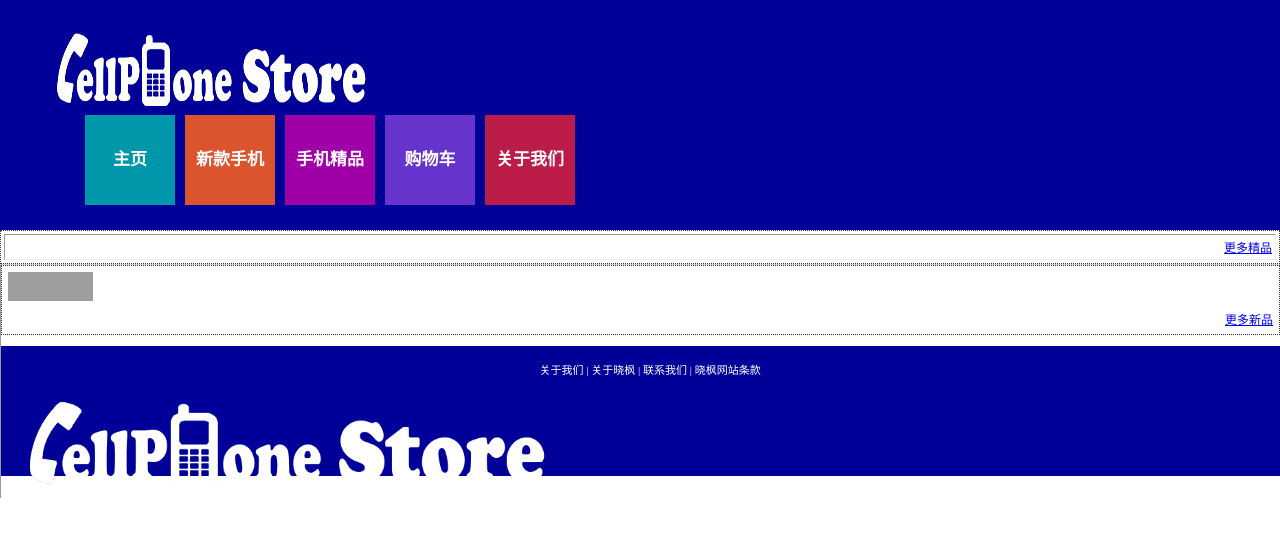
Repository: Jefsky/phonemarket
Page: http://localhost/phonemarket/user/index.jsp
These files come from the project's save history. The page is drawn as it stood at one moment and after the next save; the edit follows.
The browser window is 1280 px wide. The pictures show the whole page.
Pictures or frames that could not be fetched are drawn as grey boxes. The page is served by Tomcat 9. Other server files are loaded and not shown. Queries for data that is not in the repository find no rows.

Above is the page before, as saved 2014-06-25 17:04:45.

### phonemarket/phonemarket/WebContent/user/index.jsp
<%@ page language="java" contentType="text/html; charset=UTF-8"
    pageEncoding="UTF-8"%>
    <%@ page import="cn.huateng.dao.impl.PhoneInfoDAOImpl,cn.huateng.bean.Phone,java.util.ArrayList,cn.huateng.bean.Company,cn.huateng.dao.impl.CompanyDAOImpl" %>
<!DOCTYPE html PUBLIC "-//W3C//DTD HTML 4.01 Transitional//EN" "http://www.w3.org/TR/html4/loose.dtd">
<html>
<head>
<meta http-equiv="Content-Type" content="text/html; charset=UTF-8">
<link rel="stylesheet" type="text/css" href="../css/main.css">
<title>化腾晓枫手机商城官网</title>
</head>
<body>
<%
	String op = request.getParameter("op");
	if("exit".equals(op)){
		session.removeAttribute("userid");
	}
	String error = request.getParameter("error");
	if(error!=null&&"queryUP_er".equals(error)){
%>
	<script type="text/javascript">
		alert("用户名或者密码错误");
	</script>
<%
	}
	if(error!=null&&"pwedit_error".equals(error)){
%>
	<script type="text/javascript">
		alert("用户密码修改失败");
	</script>
<%
	}
	if(error!=null&&"userInfoEdit_error".equals(error)){
%>
	<script type="text/javascript">
		alert("用户个人信息修改失败");
	</script>
<%
	}
%>

<div >
					<jsp:include page="top.jsp" />
</div>
<table width="100%" border="5" cellspacing="3" cellpadding="3" class="td">

	<%
		PhoneInfoDAOImpl phoneInfoDAOImpl = new PhoneInfoDAOImpl();
		ArrayList<Phone> ls_ephone = phoneInfoDAOImpl.queryPhoneByType(1);
		if(ls_ephone!=null){
			for(int i=0; i<(ls_ephone.size()>4?4:ls_ephone.size()); ){
	%>
								<tr>
	<%
		int count = 2;
		while(count>0){
			if(i<ls_ephone.size()){
				Phone phone = ls_ephone.get(i);
				i++;
	%>
	<table width="100%" border="0" cellpadding="0" cellspacing="0"
										class="td">
											<tr>
												<td  width="30%" rowspan="5">
													<a href="phonedetail.jsp?phoneid=<%=phone.getPhoneid()%>">
													<img src="../image/<%=phone.getPicture() %>" width="236"
													height="323" border="0"></a>
												</td>

												<td width="80"><div align="left">型号</div></td>
												<td ><%=phone.getPhonename() %></td>
											</tr>
											<tr>
												<td width="80"><div align="left">平台</div></td>
												<td ><%=phone.getPlatform() %></td>
											</tr>
											<tr>
												<td><div align="left">公司</div></td>
<%
	CompanyDAOImpl companyDAOImpl =new CompanyDAOImpl();
	Company company = companyDAOImpl.cQueryById(phone.getCompanyid());
	if(company!=null){
%>
												<td width="80"><%=company.getName() %></td>
<%
	}
%>
											</tr>
											<tr>
												<td width="80"><div align="left">屏幕</div></td>
												<td ><%=phone.getDisplay() %>英寸</td>
											</tr>
											<tr>
												<td width="80"><div align="left">定价</div></td>
												<td><%=phone.getPrice() %>元</td>
											</tr>
											<tr>
												<td colspan="2"><div align="center" float="right">
													<a href="/206hwj_phoneshop/AddtoCartServlet?phoneid=<%=phone.getPhoneid()%>">放入购物车</a>&nbsp;&nbsp;
													<a href="phonedetail.jsp?phoneid=<%=phone.getPhoneid() %>">查看详情</a>
												</div></td>
											</tr>
										</table>
									</td>

<%
			}else{
%>
						<td width="50%"></td>
<%
			}
		count--;
		}
%>
				</tr>
<%
			}
		}
%>
					<tr>
						<td colspan="2"><div align="right"><a href="excellent.jsp">更多精品</a>
						</div></td>
					</tr>
		    				</table>
		    			</td>
		    			<td width="1" bgcolor="#999999"></td>
		    		</tr>
		    		<tr bgcolor="#999999"><td height="1" colspan="3" nowrap></td>
		    		</tr>
		    	</table>
		    	<table width="100%" border="0" cellspacing="0" cellpadding="0">
			    		<tr>
		    			<td height="1" nowrap bgcolor="#CCCCCC"></td>
		    		</tr>
		    	</table>
		    	<table width="100%" border="0" cellspacing="0" cellpadding="0">
		    		<tr bgcolor="#999999"></tr>
		    		<tr>
		    			<td width="1" nowrap bgcolor="#999999"></td>
		    			<td>
		    				<table width="100%" border="0" cellspacing="3" cellpadding="3" class="td">
		    					<tr>
		    						<td colspan="2"><div align="left"><img src="../images/lanmu_r2.jpg"
		    						width="85" height="29"></div></td>
		    					</tr>
	<%
		PhoneInfoDAOImpl phoneInfoDAOImpl2 = new PhoneInfoDAOImpl();
		ArrayList<Phone> ls_ephone2 = phoneInfoDAOImpl2.queryPhoneByType(2);
		if(ls_ephone!=null){
			for(int i=0; i<(ls_ephone2.size()>4?4:ls_ephone2.size()); ){
	%>
								<tr>
	<%
		int count = 2;
		while(count>0){
			if(i<ls_ephone2.size()){
				Phone phone2 = ls_ephone2.get(i);
				i++;
	%>

									<td width="50%">
										<table width="100%" border="0" cellpadding="0" cellspacing="0"
										class="td">
											<tr>
												<td width="30%" rowspan="5">
													<a href="phonedetail.jsp?phoneid=<%=phone2.getPhoneid()%>">
													<img src="../image/<%=phone2.getPicture() %>" width="236"
													height="323" border="0"></a>
												</td>
												<td width="25%"><div align="left">型号</div></td>
												<td><%=phone2.getPhonename() %></td>
											</tr>
											<tr>
												<td width="25%"><div align="left">平台</div></td>
												<td><%=phone2.getPlatform() %></td>
											</tr>
											<tr>
												<td width="25%"><div align="left">公司</div></td>
<%
	CompanyDAOImpl companyDAOImpl2 =new CompanyDAOImpl();
	Company company2 = companyDAOImpl2.cQueryById(phone2.getCompanyid());
	if(company2!=null){
%>
												<td><%=company2.getName() %></td>
<%
	}
%>
											</tr>
											<tr>
												<td width="25%"><div align="left">屏幕</div></td>
												<td><%=phone2.getDisplay() %>英寸</td>
											</tr>
											<tr>
												<td width="25%"><div align="left">定价</div></td>
												<td><%=phone2.getPrice() %>元</td>
											</tr>
											<tr>
												<td colspan="2"><div align="center">
													<a href="/206hwj_phoneshop/AddtoCartServlet?phoneid=<%=phone2.getPhoneid()%>">放入购物车</a>&nbsp;&nbsp;
													<a href="phonedetail.jsp?phoneid=<%=phone2.getPhoneid() %>">查看详情</a>
												</div></td>
											</tr>
										</table>
									</td>

<%
			}else{
%>
						<td width="50%"></td>
<%
			}
		count--;
		}
%>
				</tr>
<%
			}
		}
%>
					<tr>
						<td colspan="2"><div align="right"><a href="excellent.jsp">更多新品</a>
						</div></td>
					</tr>
		    				</table>





<div>
					<jsp:include page="bottom.jsp" />
</div>
</body>
</html>

### phonemarket/phonemarket/WebContent/user/top.jsp
<%@ page language="java" contentType="text/html; charset=UTF-8"
    pageEncoding="UTF-8"%>
<!DOCTYPE html PUBLIC "-//W3C//DTD HTML 4.01 Transitional//EN" "http://www.w3.org/TR/html4/loose.dtd">
<html>
<head>
<meta http-equiv="Content-Type" content="text/html; charset=UTF-8">
<title>Cellphone Store</title>
<link rel="stylesheet" type="text/css" href="../css/top.css"/>
</head>
<body>
<div class = "navigation">
	<div id="logo">
		<span><img src="../image/logo.png" width="350" height="85"></span>
	</div>
	<ul id="color">
		<li class = "color1"><a href = "index.html">主页</a></li>
		<li><a>新款手机</a></li>
		<li class = "color2"><a>手机精品</a></li>
		<li class = "color3"><a href = "#">购物车</a></li>
		<li class = "color4"><a href = "#">关于我们</a></li>
	</ul>
</div>
</body>
</html>

### phonemarket/phonemarket/WebContent/user/bottom.jsp
<%@ page language="java" contentType="text/html; charset=GB18030"
    pageEncoding="GB18030"%>
<!DOCTYPE html PUBLIC "-//W3C//DTD HTML 4.01 Transitional//EN" "http://www.w3.org/TR/html4/loose.dtd">
<html>
<head>
<link rel="stylesheet" type="text/css" href="../css/bottom.css">
<meta http-equiv="Content-Type" content="text/html; charset=ISO-8859-1">
<title>bottom</title>
</head>
<body>
<div class="foot">

 <p>&nbsp&nbsp&nbsp&nbsp&nbsp&nbsp 关于我们 | 关于晓枫 | 联系我们 | 晓枫网站条款</p>
<div id="logo">
		<span><img src="../image/logo.png" width="584" height="100px"></span>
	</div>
</div>
</body>
</html>

### phonemarket/phonemarket/src/cn/huateng/dao/impl/PhoneInfoDAOImpl.java
package cn.huateng.dao.impl;

	import java.sql.Connection;
import java.sql.PreparedStatement;
import java.sql.ResultSet;
import java.sql.SQLException;
import java.util.ArrayList;



import cn.huateng.bean.Phone;
import cn.huateng.dbc.DBConnection;

	public class PhoneInfoDAOImpl {
		public int insertPhone(Phone phone){
			int line=0;
			Connection conn=null;
			PreparedStatement ppsm=null;
			DBConnection dbconn=new DBConnection();
			if(dbconn!=null){
				conn=dbconn.getConn();
				if(conn!=null){
					String sql="insert into phone(phoneid,phonename,platform,weight,display,camera,ram,massmenory,companyid,price,quantity,picture,type) values(?,?,?,?,?,?,?,?,?,?,?,?,?)";
					try{
						ppsm =conn.prepareStatement(sql);
						ppsm.setString(1,phone.getPhoneid());
						ppsm.setString(2,phone.getPhonename());
						ppsm.setString(3,phone.getPlatform());
						ppsm.setString(4,phone.getWeight());
						ppsm.setString(5,phone.getDisplay());
						ppsm.setString(6,phone.getCamera());
						ppsm.setString(7,phone.getRam());
						ppsm.setString(8,phone.getMassmenory());
						ppsm.setInt(9,phone.getCompanyid());
						ppsm.setFloat(10,phone.getPrice());
						ppsm.setInt(11,phone.getQuantity());
						ppsm.setString(12,phone.getPicture());
						ppsm.setInt(13,phone.getType());
						line= ppsm.executeUpdate();
						}catch(SQLException e){
						e.printStackTrace();
						}finally{
							try {
								if(ppsm!=null){
										ppsm.close();
									}
								conn.close();}
							catch (SQLException e) {
								// TODO Auto-generated catch block
								e.printStackTrace();
							}
						}

				}
			}
			return line;
		}
		public ArrayList<Phone> queryPhone(){
			ArrayList<Phone> phoneList=new ArrayList<Phone>();
			Connection conn=null;
			Phone phone;
			PreparedStatement ppsm=null;
			ResultSet rs = null;
			DBConnection dbconn=new DBConnection();
				if(dbconn!=null){
					conn=dbconn.getConn();
				//쌈淪쏵契꿴璂꾸鱗ResultSet
					if(conn!=null){
						String sql="select * from phone";
						try {
							ppsm=conn.prepareStatement(sql);
							rs=ppsm.executeQuery();
							//離빈겉꿴璂써벎섞瘻뻣槨ArrayList<UserInfo>잚謹럿쀼.
							while (rs.next()){
								phone =new Phone();
								phone.setPhoneid(rs.getString(1));
								phone.setPhonename(rs.getString(2));
								phone.setPlatform(rs.getString(3));
								phone.setWeight(rs.getString(4));
								phone.setDisplay(rs.getString(5));
								phone.setCamera(rs.getString(6));
								phone.setRam(rs.getString(7));
								phone.setMassmenory(rs.getString(8));
								phone.setCompanyid(rs.getInt(9));
								phone.setPrice(rs.getFloat(10));
								phone.setQuantity(rs.getInt(11));
								phone.setPicture(rs.getString(12));
								phone.setType(rs.getInt(13));
								phoneList.add(phone);
							}

						}catch (SQLException e) {
							// TODO Auto-generated catch block
							e.printStackTrace();
						}finally{
							if(rs!=null){
								try {
									rs.close();
									if(ppsm!=null){
									ppsm.close();
									}
									if(conn!=null){
										conn.close();
									}
								} catch (SQLException e) {
									// TODO Auto-generated catch block
									e.printStackTrace();
								}
							}

						}
				}
			}
			return phoneList;
		}
		public int pDeleteById(String phoneid){
			int line = 0;
			Connection conn=null;
			PreparedStatement ppsm=null;
			DBConnection dbconn=new DBConnection();
			if(dbconn!=null){
				conn=dbconn.getConn();
				if(conn!=null){
					String sql="delete from phone where phoneid=?";
					try {
						ppsm =conn.prepareStatement(sql);
						ppsm.setString(1,phoneid);
						line=ppsm.executeUpdate();
					} catch (SQLException e) {
						// TODO Auto-generated catch block
						e.printStackTrace();
					}finally{
						try {
						if(ppsm!=null){
								ppsm.close();
							}
							conn.close();}
						catch (SQLException e) {
								// TODO Auto-generated catch block
								e.printStackTrace();
							}
						}
				}
			}
			return line;
		}
		//錦맣꾸鱗，邱쏵契寧늴꿴璂꾸鱗bQueryById()，
		//UpdatePhoneServlet錦맣꾸鱗，딧痰UpdatePhone()
		public Phone pQueryById(String phoneid){
			Phone phone = new Phone();
			Connection conn=null;
			PreparedStatement ppsm=null;
			ResultSet rs = null;
			DBConnection dbconn=new DBConnection();
				if(dbconn!=null){
					conn=dbconn.getConn();
					if(conn!=null){
						String sql="select * from phone where phoneid =?";
						try {
							ppsm=conn.prepareStatement(sql);
							ppsm.setString(1,phoneid);
							rs=ppsm.executeQuery();
							if (rs.next()){
								phone.setPhoneid(rs.getString(1));
								phone.setPhonename(rs.getString(2));
								phone.setPlatform(rs.getString(3));
								phone.setWeight(rs.getString(4));
								phone.setDisplay(rs.getString(5));
								phone.setCamera(rs.getString(6));
								phone.setRam(rs.getString(7));
								phone.setMassmenory(rs.getString(8));
								phone.setCompanyid(rs.getInt(9));
								phone.setPrice(rs.getFloat(10));
								phone.setQuantity(rs.getInt(11));
								phone.setPicture(rs.getString(12));
								phone.setType(rs.getInt(13));
							}

						}catch (SQLException e) {
							// TODO Auto-generated catch block
							e.printStackTrace();
						}finally{
							if(rs!=null){
								try {
									rs.close();
									if(ppsm!=null){
									ppsm.close();
									}
									if(conn!=null){
										conn.close();
									}
								} catch (SQLException e) {
									// TODO Auto-generated catch block
									e.printStackTrace();
								}
							}

						}
				}
			}
			return phone;
		}
		//횔빈疼契瘻돕錦맣女충updatePhone.jsp[송목、鑒좆、깃羚、닸렴뒈렘된斤口]
		public int updatePhone(Phone phone){
			int line=0;
			Connection conn=null;
			PreparedStatement ppsm=null;
			DBConnection dbconn=new DBConnection();
			if(dbconn!=null){
				conn=dbconn.getConn();
				if(conn!=null){
					String sql="update phone set price = ?,quantity = ? where phoneid = ?";
					try {
						ppsm =conn.prepareStatement(sql);
						ppsm.setFloat(1, phone.getPrice());
						ppsm.setInt(2, phone.getQuantity());
						ppsm.setString(3,phone.getPhoneid());
						line=ppsm.executeUpdate();
					} catch (SQLException e) {
						// TODO Auto-generated catch block
						e.printStackTrace();
					}finally{
						try {
						if(ppsm!=null){
								ppsm.close();
							}
							conn.close();}
						catch (SQLException e) {
								// TODO Auto-generated catch block
								e.printStackTrace();
							}
						}
				}
			}
			return line;
		}
		public ArrayList<Phone> queryPhoneByType(int type){
			ArrayList<Phone> phoneList=new ArrayList<Phone>();
			Connection conn=null;
			Phone phone;
			PreparedStatement ppsm=null;
			ResultSet rs = null;
			DBConnection dbconn=new DBConnection();
				if(dbconn!=null){
					conn=dbconn.getConn();
					if(conn!=null){
						String sql="select * from phone where type=?";
						try {
							ppsm=conn.prepareStatement(sql);
							ppsm.setInt(1,type);
							rs=ppsm.executeQuery();
							while (rs.next()){
								phone =new Phone();
								phone.setPhoneid(rs.getString(1));
								phone.setPhonename(rs.getString(2));
								phone.setPlatform(rs.getString(3));
								phone.setWeight(rs.getString(4));
								phone.setDisplay(rs.getString(5));
								phone.setCamera(rs.getString(6));
								phone.setRam(rs.getString(7));
								phone.setMassmenory(rs.getString(8));
								phone.setCompanyid(rs.getInt(9));
								phone.setPrice(rs.getFloat(10));
								phone.setQuantity(rs.getInt(11));
								phone.setPicture(rs.getString(12));
								phone.setType(rs.getInt(13));
								phoneList.add(phone);
							}

						}catch (SQLException e) {
							// TODO Auto-generated catch block
							e.printStackTrace();
						}finally{
							if(rs!=null){
								try {
									rs.close();
									if(ppsm!=null){
									ppsm.close();
									}
									if(conn!=null){
										conn.close();
									}
								} catch (SQLException e) {
									// TODO Auto-generated catch block
									e.printStackTrace();
								}
							}

						}
				}
			}
			return phoneList;
		}
		public int UpdatePhoneQuantity(String phoneid, int updatenum){
			int line = 0;
			Phone phone=pQueryById(phoneid);
			int phonenum = phone.getQuantity()+updatenum;
			if(phonenum>=0){
				phone.setQuantity(phonenum);
				line = updatePhone(phone);
			}
			return line;
		}
	}

### phonemarket/phonemarket/src/cn/huateng/dbc/DBConnection.java
package cn.huateng.dbc;

import java.sql.Connection;
import java.sql.DriverManager;
import java.sql.SQLException;

public class DBConnection {
	private Connection conn;
	private static final String DBDRIVER ="com.microsoft.sqlserver.jdbc.SQLServerDriver";
	private static final String DBURL = "jdbc:sqlserver://127.0.0.1:1433;databaseName=phonemarket";
	private static final String DBUSER="sa";
	private static final String DBPW="123456";
	public DBConnection(){
		try {
			Class.forName(DBDRIVER);
		} catch (ClassNotFoundException e1) {
			// TODO Auto-generated catch block
			e1.printStackTrace();
		}
		try {
			conn=(DriverManager.getConnection(DBURL,DBUSER,DBPW));
		} catch (SQLException e) {
			// TODO Auto-generated catch block
			e.printStackTrace();
		}

	}
	public Connection getConn() {
		return conn;
	}

}

### phonemarket/phonemarket/WebContent/css/main.css
@charset "utf-8";
/* CSS Document */

.td{
	border: 1px dotted;
	font-family: "宋体";
	font-size: 12px;
	color: #333333;
	text-decoration: none;
}

### phonemarket/phonemarket/WebContent/css/top.css
body{
	margin : 0px;
	padding : 0;
}

/* ====== Navigation Main ====== */
div.navigation{
	font-family:"微软雅黑 Light", cursive;
	background-color:#009;
	padding-top : 30px;
	padding-bottom : 30px;
	height:170px;
	font-weight: bolder;
}

/* ====== Navigation Menu ====== */
div.navigation>ul{
	margin : 0px;

}

div.navigation>ul>li{
	list-style : none;
	display : inline-block;
	height : 90px;
	width : 90px;
	background-color : #DB542D;
	text-align : center;
	line-height : 90px;
	margin-top : 2px;
	margin-bottom : 2px;
}

div.navigation ul li a{
	cursor : pointer;
}

div.navigation>ul>li>a{
	position : relative;
	display : block;
	color:#FFF;
	font-size : 17px;
	text-decoration : none;
}



/* ====== Color class ======*/
div.navigation .color1{
	background-color : #0097aa;
}

div.navigation .color2{
	background-color : #9f00a7;
}

div.navigation .color3{
	background-color: #63C;
}

div.navigation .color4{
	background-color : #bb1d48;
}

/* ====== title span ====== */

div.navigation span{
	position : relative;
	font-family : 'Open Sans';
	font-weight : 300;
	font-size : 16px;
	margin-left : 40px;
	font-size : 28px;
	color : white;
}



#color{ margin-left:40px;}
#color li{  float:left; margin:0 5px;}
div.navigation ul li a:hover{ background-color: #CCC; color:#00C;}
#logo{ width:100%;}

### phonemarket/phonemarket/WebContent/css/bottom.css
@charset "utf-8";
/* CSS Document */

body{
	margin : 0px;
	padding : 0;
}

.foot{ width:100%; margin-top:10px; background-color:#009; height:130px;}
p{text-align:center; color: #FFF;  font-size:11px;padding:15px 0px 10px 0px;}
#logo{
	display:block;
	float:left;

	}

After the next save:
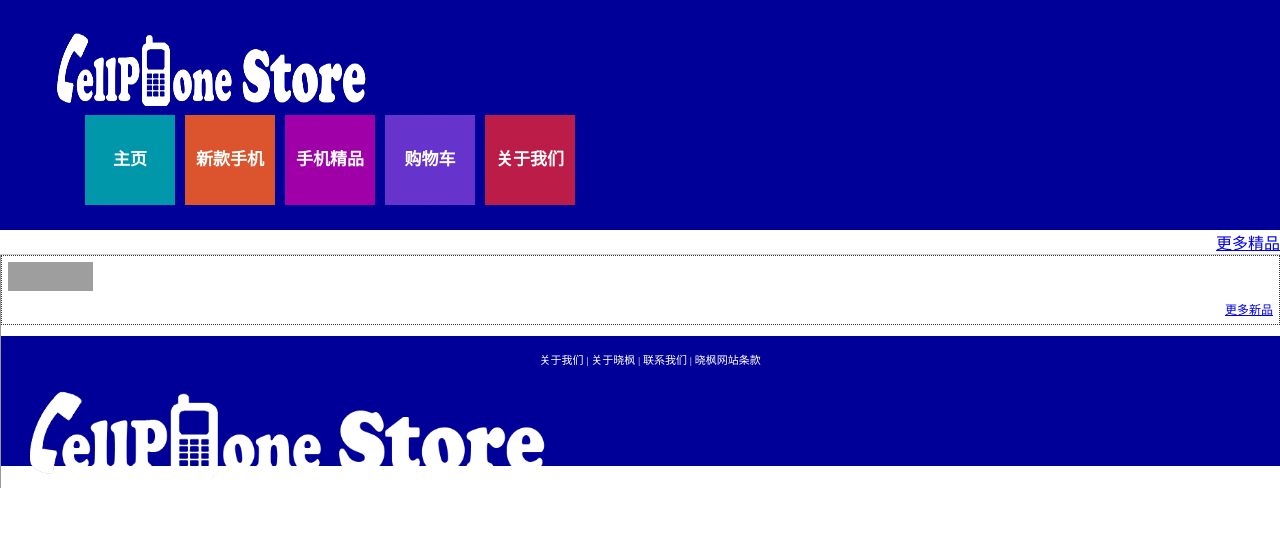
Saved 7 s later.
--- a/phonemarket/phonemarket/WebContent/user/index.jsp
+++ b/phonemarket/phonemarket/WebContent/user/index.jsp
@@ -41,7 +41,7 @@
 <div >
 					<jsp:include page="top.jsp" />
 </div>
-<table width="100%" border="5" cellspacing="3" cellpadding="3" class="td">
+
 
 	<%
 		PhoneInfoDAOImpl phoneInfoDAOImpl = new PhoneInfoDAOImpl();
